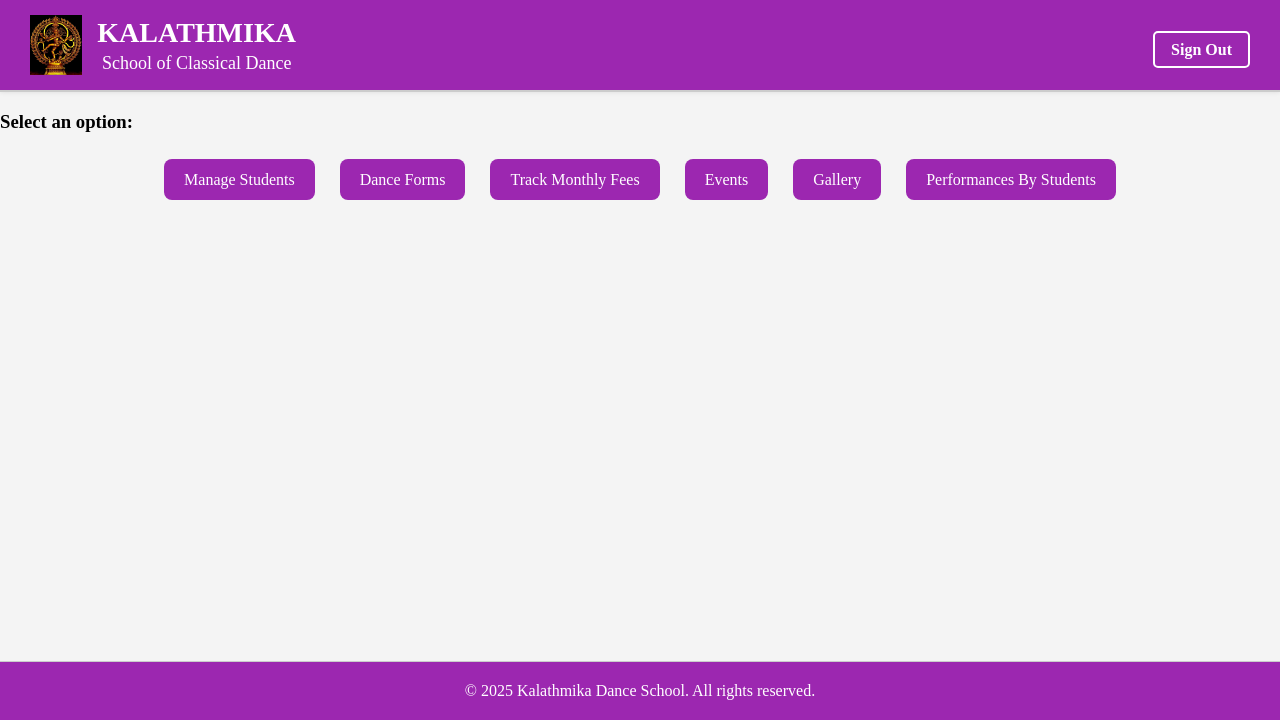
Repository: ammubancilal/LUMINAR-JDK17-STS4-SPRINGBOOT-KALATHMIKA-DANCESCHOOL
Page: http://localhost/springboot-jsp-kalathmika/WEB-INF/jsp/adminDashBoard.jsp
An editor plug-in stored every save of this project. The page is shown before and after the next save, followed by the edit.
The browser window is 1280 px wide. The pictures show the whole page.
The page is served by Tomcat 9. Nobody is signed in. The template is opened directly, without the code that normally fills it, so the values that code supplies are empty.

Above is the page before, as saved 2025-04-21 11:17:38.

After the next save:
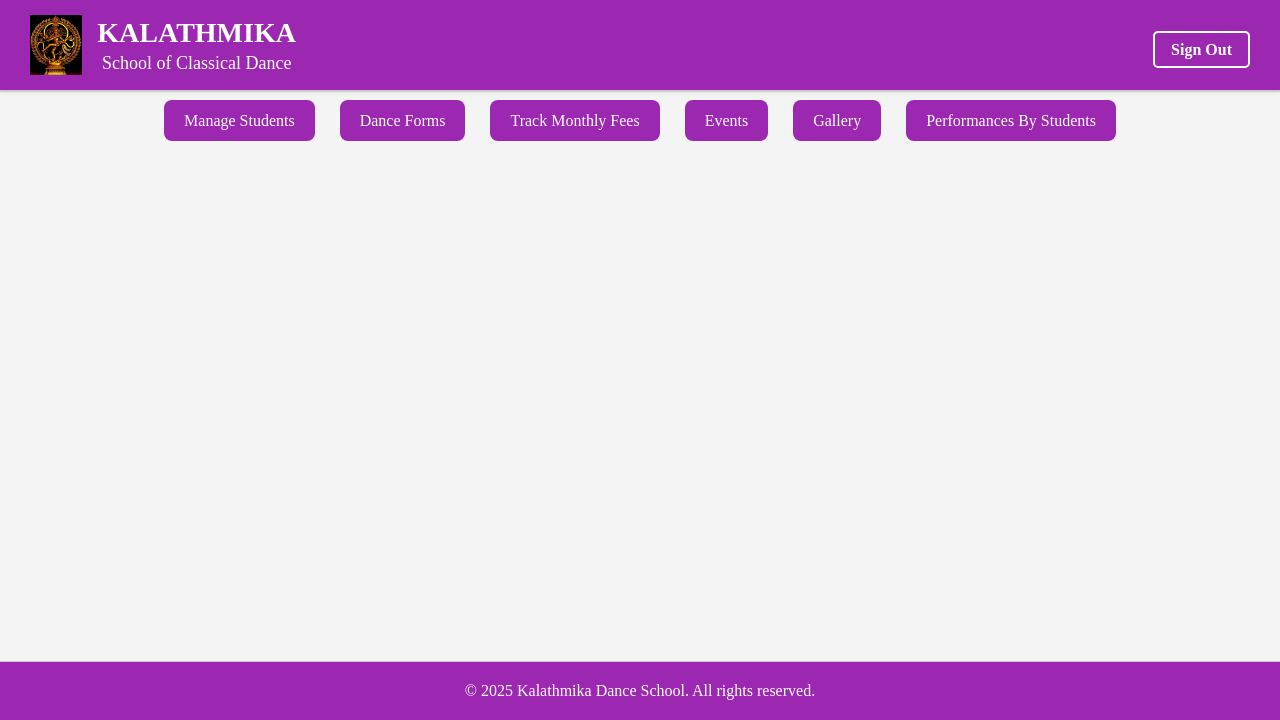
Saved 3 min 22 s later.
--- a/springboot-jsp-kalathmika/src/main/webapp/WEB-INF/jsp/adminDashBoard.jsp
+++ b/springboot-jsp-kalathmika/src/main/webapp/WEB-INF/jsp/adminDashBoard.jsp
@@ -27,7 +27,7 @@
 </head>
 <body>
 
-<h3>Select an option:</h3>
+
 
 <nav>
     <ul class="nav-menu">
